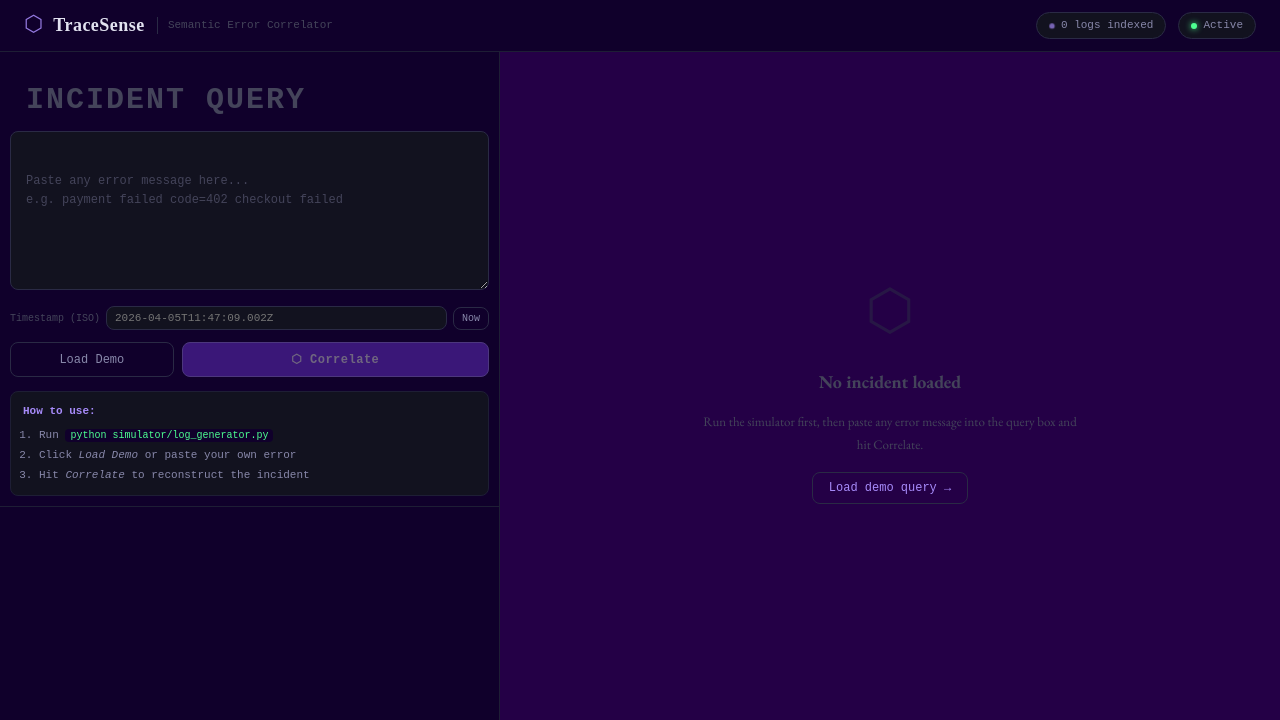
Repository: SaranyaM15/AI_Engineer_Journey
Page: / (app in tracesense/frontend/)
An editor plug-in stored every save of this project. The page is shown before and after the next save, followed by the edit.
The browser window is 1280 px wide. The pictures show the whole page.
The page's requests for data from a server got no answer. Some web fonts or font styles are not loaded; a fallback is used. The project was rebuilt for these pictures with package versions that can differ from the ones it lists, and the page was loaded fresh each time. No one was signed in, and anything a server would have sent is missing. Also part of the build but not shown: tracesense/frontend/vite.config.js, tracesense/frontend/src/components/Timeline.jsx, tracesense/frontend/src/components/LogFeed.jsx.

Above is the page before, as saved 2026-04-05 19:02:34.

### tracesense/frontend/src/index.css
*, *::before, *::after {
  box-sizing: border-box;
  margin: 0;
  padding: 0;
}

html, body, #root {
  height: 100%;
  overflow: hidden;
}

### tracesense/frontend/src/App.jsx
import { useState, useEffect } from "react";
import axios from "axios";
import Timeline from "./components/Timeline";
import QueryPanel from "./components/QueryPanel";
import LogFeed from "./components/LogFeed";
import "./App.css";

const API = "http://localhost:8000";

export default function App() {
  const [query, setQuery] = useState("");
  const [timestamp, setTimestamp] = useState("");
  const [cluster, setCluster] = useState(null);
  const [loading, setLoading] = useState(false);
  const [logCount, setLogCount] = useState(0);
  const [error, setError] = useState(null);
  const [simulatorRunning, setSimulatorRunning] = useState(false);

  useEffect(() => {
    fetchLogCount();
    const interval = setInterval(fetchLogCount, 5000);
    return () => clearInterval(interval);
  }, []);

  async function fetchLogCount() {
    try {
      const res = await axios.get(`${API}/logs/count`);
      setLogCount(res.data.total_logs_stored);
    } catch {
      // backend not reachable yet
    }
  }

  async function runCorrelation() {
    if (!query.trim()) return;
    setLoading(true);
    setError(null);
    setCluster(null);

    const ts = timestamp || new Date().toISOString();

    try {
      const res = await axios.post(`${API}/correlate`, {
        message: query,
        timestamp: ts,
      });
      setCluster(res.data);
    } catch (e) {
      setError("Could not reach backend. Make sure uvicorn is running on :8000");
    } finally {
      setLoading(false);
    }
  }

  function handleDemo() {
    setQuery("payment failed code=402 checkout failed");
    setTimestamp("2026-04-05T11:47:09.002Z");
  }

  return (
    <div className="app">
      {/* Top Bar */}
      <header className="topbar">
        <div className="topbar-left">
          <span className="logo-icon">⬡</span>
          <span className="logo-text">TraceSense</span>
          <span className="logo-sub">Semantic Error Correlator</span>
        </div>
        <div className="topbar-right">
          <div className="stat-pill">
            <span className="stat-dot pulse" />
            <span>{logCount.toLocaleString()} logs indexed</span>
          </div>
          <div className="status-pill">
            <span className="status-dot" />
            <span>Active</span>
          </div>
        </div>
      </header>

      <div className="layout">
        {/* Left Panel */}
        <aside className="left-panel">
          <QueryPanel
            query={query}
            setQuery={setQuery}
            timestamp={timestamp}
            setTimestamp={setTimestamp}
            onCorrelate={runCorrelation}
            onDemo={handleDemo}
            loading={loading}
          />
          {cluster && (
            <LogFeed cluster={cluster} />
          )}
        </aside>

        {/* Main Timeline */}
        <main className="main-panel">
          {!cluster && !loading && (
            <div className="empty-state">
              <div className="empty-icon">⬡</div>
              <h2>No incident loaded</h2>
              <p>
                Run the simulator first, then paste any error message into
                the query box and hit Correlate.
              </p>
              <button className="demo-hint" onClick={handleDemo}>
                Load demo query →
              </button>
            </div>
          )}
          {loading && (
            <div className="empty-state">
              <div className="spinner" />
              <p>Correlating across services...</p>
            </div>
          )}
          {error && (
            <div className="empty-state error-state">
              <p>{error}</p>
            </div>
          )}
          {cluster && !loading && (
            <Timeline cluster={cluster} />
          )}
        </main>
      </div>
    </div>
  );
}

### tracesense/frontend/src/components/QueryPanel.jsx
export default function QueryPanel({
  query, setQuery, timestamp, setTimestamp,
  onCorrelate, onDemo, loading
}) {
  return (
    <div className="query-panel">
      <div className="panel-label">INCIDENT QUERY</div>

      <textarea
        className="query-input"
        placeholder="Paste any error message here...&#10;e.g. payment failed code=402 checkout failed"
        value={query}
        onChange={e => setQuery(e.target.value)}
        rows={4}
      />

      <div className="ts-row">
        <label className="ts-label">Timestamp (ISO)</label>
        <input
          className="ts-input"
          placeholder="2026-04-05T11:47:09.002Z"
          value={timestamp}
          onChange={e => setTimestamp(e.target.value)}
        />
        <button
          className="now-btn"
          onClick={() => setTimestamp(new Date().toISOString())}
        >
          Now
        </button>
      </div>

      <div className="btn-row">
        <button className="demo-btn" onClick={onDemo}>
          Load Demo
        </button>
        <button
          className="correlate-btn"
          onClick={onCorrelate}
          disabled={loading || !query.trim()}
        >
          {loading ? "Correlating..." : "⬡ Correlate"}
        </button>
      </div>

      <div className="hint-box">
        <strong>How to use:</strong>
        <ol>
          <li>Run <code>python simulator/log_generator.py</code></li>
          <li>Click <em>Load Demo</em> or paste your own error</li>
          <li>Hit <em>Correlate</em> to reconstruct the incident</li>
        </ol>
      </div>
    </div>
  );
}

### tracesense/frontend/src/App.css
@import url('https://fonts.googleapis.com/css2?family=Boldonse&family=JetBrains+Mono:wght@400;500;700&display=swap');
@import url('https://fonts.googleapis.com/css2?family=Boldonse&family=EB+Garamond:wght@400;500;700&family=JetBrains+Mono:wght@400;500;700&display=swap');
/* ── Variables ── */
:root {
  --bg:         #240046;
  --bg2:        #10002B;
  --bg3:        #12121f;
  --border:     #1e1e35;
  --border2:    #2a2a45;
  --accent:     #a78bfa;
  --accent2:    #7c3aed;
  --text:       #e2e2f0;
  --text2:      #8888aa;
  --text3:      #44445a;
  --mono:       '', monospace;
  --display: 'Boldonse', cursive;
  --error:      #ff4d4d;
  --warn:       #f5a623;
  --info:       #4dff91;
  --radius:     8px;
}

/* ── Reset ── */
*, *::before, *::after { box-sizing: border-box; margin: 0; padding: 0; }

body {
  background:  var(--bg);
  color:       var(--text);
  font-family: var(--mono);
  font-size:   13px;
  line-height: 1.5;
  overflow:    hidden;
  height:      100vh;
}

#root { height: 100vh; display: flex; flex-direction: column; }

/* ── App Layout ── */
.app {
  display:        flex;
  flex-direction: column;
  height:         100vh;
  overflow:       hidden;
}

/* ── Topbar ── */
.topbar {
  display:         flex;
  align-items:     center;
  justify-content: space-between;
  padding:         0 24px;
  height:          52px;
  background:      var(--bg2);
  border-bottom:   1px solid var(--border);
  flex-shrink:     0;
}

.topbar-left {
  display:     flex;
  align-items: center;
  gap:         10px;
}

.logo-icon {
  color:       var(--accent);
  font-size:   22px;
  line-height: 1;
  animation:   pulse-icon 3s ease-in-out infinite;
}

@keyframes pulse-icon {
  0%, 100% { opacity: 1; }
  50%       { opacity: 0.5; }
}

.logo-text {
  font-family: var(--display);
  font-weight: 800;
  font-size:   18px;
  letter-spacing: 0.5px;
  color:       var(--text);
}

.logo-sub {
  color:       var(--text3);
  font-size:   11px;
  border-left: 1px solid var(--border2);
  padding-left: 10px;
  margin-left:  2px;
}

.topbar-right {
  display:     flex;
  align-items: center;
  gap:         12px;
}

.stat-pill, .status-pill {
  display:       flex;
  align-items:   center;
  gap:           6px;
  padding:       4px 12px;
  border-radius: 20px;
  border:        1px solid var(--border2);
  background:    var(--bg3);
  font-size:     11px;
  color:         var(--text2);
}

.stat-dot {
  width:         6px;
  height:        6px;
  border-radius: 50%;
  background:    var(--accent);
}

.stat-dot.pulse {
  animation: dot-pulse 2s ease-in-out infinite;
}

@keyframes dot-pulse {
  0%, 100% { opacity: 1; transform: scale(1); }
  50%       { opacity: 0.4; transform: scale(0.8); }
}

.status-dot {
  width:         6px;
  height:        6px;
  border-radius: 50%;
  background:    var(--info);
  box-shadow:    0 0 6px var(--info);
}

/* ── Main Layout ── */
.layout {
  display:  flex;
  flex:     1;
  overflow: hidden;
}

/* ── Left Panel ── */
.left-panel {
  width:        500px;
  flex-shrink:  0;
  background:   var(--bg2);
  border-right: 1px solid var(--border);
  display:      flex;
  flex-direction: column;
  overflow:     hidden;
}

.panel-label {
  font-size:      30px;
  letter-spacing: 2px;
  color:          var(--text3);
  font-weight:    700;
  padding:        16px 16px 8px;
  display:        flex;
  align-items:    center;
  gap:            8px;
}

.count-badge {
  background:    var(--accent2);
  color:         white;
  border-radius: 10px;
  padding:       1px 7px;
  font-size:     10px;
}

/* ── Query Panel ── */
.query-panel {
  padding:     10px;
  border-bottom: 1px solid var(--border);
  flex-shrink: 0;
}

.query-input {
  width:        100%;
  background:   var(--bg3);
  border:       1px solid var(--border2);
  border-radius: var(--radius);
  color:        var(--text);
  font-family:  var(--mono);
  font-size:    12px;
  padding:      40px 15px;
  resize:       vertical;
  outline:      none;
  transition:   border-color 0.2s;
  line-height:  1.6;
}

.query-input:focus {
  border-color: var(--accent);
}

.query-input::placeholder { color: var(--text3); }

.ts-row {
  display:     flex;
  align-items: center;
  gap:         6px;
  margin-top:  10px;
}

.ts-label {
  font-size:   10px;
  color:       var(--text3);
  white-space: nowrap;
}

.ts-input {
  flex:         1;
  background:   var(--bg3);
  border:       1px solid var(--border2);
  border-radius: var(--radius);
  color:        var(--text2);
  font-family:  var(--mono);
  font-size:    11px;
  padding:      5px 8px;
  outline:      none;
  min-width:    0;
}

.ts-input:focus { border-color: var(--accent); }

.now-btn {
  background:    transparent;
  border:        1px solid var(--border2);
  border-radius: var(--radius);
  color:         var(--text2);
  font-family:   var(--mono);
  font-size:     10px;
  padding:       5px 8px;
  cursor:        pointer;
  white-space:   nowrap;
  transition:    all 0.15s;
}

.now-btn:hover {
  border-color: var(--accent);
  color:        var(--accent);
}

.btn-row {
  display:    flex;
  gap:        8px;
  margin-top: 12px;
}

.demo-btn {
  flex:          1;
  background:    transparent;
  border:        1px solid var(--border2);
  border-radius: var(--radius);
  color:         var(--text2);
  font-family:   var(--mono);
  font-size:     12px;
  padding:       9px;
  cursor:        pointer;
  transition:    all 0.15s;
}

.demo-btn:hover {
  border-color: var(--accent);
  color:        var(--accent);
}

.correlate-btn {
  flex:          2;
  background:    var(--accent2);
  border:        1px solid var(--accent);
  border-radius: var(--radius);
  color:         white;
  font-family:   var(--mono);
  font-size:     12px;
  font-weight:   700;
  padding:       9px;
  cursor:        pointer;
  transition:    all 0.15s;
  letter-spacing: 0.5px;
}

.correlate-btn:hover:not(:disabled) {
  background: var(--accent);
  box-shadow: 0 0 20px var(--accent2);
}

.correlate-btn:disabled {
  opacity: 0.4;
  cursor: not-allowed;
}

.hint-box {
  margin-top:    14px;
  background:    var(--bg3);
  border:        1px solid var(--border);
  border-radius: var(--radius);
  padding:       10px 12px;
  font-size:     11px;
  color:         var(--text2);
  line-height:   1.8;
}

.hint-box strong { color: var(--accent); }
.hint-box ol { padding-left: 16px; margin-top: 4px; }
.hint-box code {
  background:    var(--bg2);
  padding:       1px 5px;
  border-radius: 4px;
  color:         var(--info);
  font-size:     10px;
}

/* ── Log Feed ── */
.log-feed {
  flex:      1;
  overflow:  hidden;
  display:   flex;
  flex-direction: column;
}

.log-list {
  flex:       1;
  overflow-y: auto;
  padding:    8px;
  display:    flex;
  flex-direction: column;
  gap:        6px;
}

.log-list::-webkit-scrollbar { width: 4px; }
.log-list::-webkit-scrollbar-track { background: transparent; }
.log-list::-webkit-scrollbar-thumb { background: var(--border2); border-radius: 2px; }

.log-card {
  background:    var(--bg3);
  border:        1px solid var(--border);
  border-radius: var(--radius);
  padding:       10px;
  transition:    border-color 0.15s;
  animation:     slide-in 0.3s ease both;
}

@keyframes slide-in {
  from { opacity: 0; transform: translateX(-10px); }
  to   { opacity: 1; transform: translateX(0); }
}

.log-card:hover { border-color: var(--border2); }

.log-card-top {
  display:     flex;
  align-items: center;
  gap:         6px;
  margin-bottom: 5px;
}

.log-icon   { font-size: 14px; }
.log-level  { font-size: 10px; font-weight: 700; letter-spacing: 1px; }
.log-service { flex: 1; font-size: 11px; color: var(--text2); }
.log-score  { font-size: 11px; color: var(--accent); font-weight: 700; }

.log-message {
  font-size:   11px;
  color:       var(--text);
  line-height: 1.5;
  word-break:  break-word;
  margin-bottom: 6px;
}

.log-meta {
  display:         flex;
  justify-content: space-between;
  align-items:     center;
  font-size:       10px;
  color:           var(--text3);
}

.score-bars {
  display: flex;
  gap:     8px;
}

.score-bars span { color: var(--text3); }

.conf-bar-bg {
  height:        2px;
  background:    var(--border);
  border-radius: 1px;
  margin-top:    6px;
  overflow:      hidden;
}

.conf-bar-fill {
  height:     100%;
  background: linear-gradient(90deg, var(--accent2), var(--accent));
  border-radius: 1px;
  transition: width 0.5s ease;
}

/* ── Main Panel ── */
.main-panel {
  flex:        1;
  overflow-y:  auto;
  font-family: 'EB Garamond', serif;
  color:       #ffffff;
  padding:     24px;
}
.main-panel::-webkit-scrollbar { width: 5px; }
.main-panel::-webkit-scrollbar-track { background: transparent; }
.main-panel::-webkit-scrollbar-thumb { background: var(--border2); border-radius: 3px; }

/* ── Empty State ── */
.empty-state {
  display:         flex;
  flex-direction:  column;
  align-items:     center;
  justify-content: center;
  height:          100%;
  gap:             16px;
  text-align:      center;
  color:           var(--text2);
  animation:       fade-in 0.4s ease;
}

@keyframes fade-in {
  from { opacity: 0; }
  to   { opacity: 1; }
}

.empty-icon {
  font-size:  56px;
  color:      var(--border2);
  animation:  pulse-icon 4s ease-in-out infinite;
}

.empty-state h2 {
 font-family: 'EB Garamond', serif;
  font-weight: 600;
  color:       var(--text3);
  font-size:   18px;
}

.empty-state p {
  max-width:  380px;
  color:      var(--text3);
  font-size:  13px;
  line-height: 1.7;
}

.demo-hint {
  background:    transparent;
  border:        1px solid var(--border2);
  border-radius: var(--radius);
  color:         var(--accent);
  font-family:   var(--mono);
  font-size:     12px;
  padding:       8px 16px;
  cursor:        pointer;
  transition:    all 0.15s;
}

.demo-hint:hover {
  border-color: var(--accent);
  box-shadow:   0 0 14px var(--accent2);
}

.error-state { color: var(--error); }

/* ── Spinner ── */
.spinner {
  width:         36px;
  height:        36px;
  border:        3px solid var(--border2);
  border-top:    3px solid var(--accent);
  border-radius: 50%;
  animation:     spin 0.8s linear infinite;
}

@keyframes spin {
  to { transform: rotate(360deg); }
}

/* ── Timeline ── */
.timeline-wrap {
  display:        flex;
  flex-direction: column;
  gap:            20px;
  animation:      fade-in 0.4s ease;
}

.timeline-header {
  border-bottom: 1px solid var(--border);
  padding-bottom: 16px;
}

.tl-title {
  font-family: var(--display);
  font-weight: 700;
  font-size:   20px;
  color:       var(--text);
  display:     flex;
  align-items: center;
  gap:         12px;
  margin-bottom: 6px;
}

.tl-badge {
  font-family:   var(--mono);
  font-size:     11px;
  font-weight:   400;
  background:    var(--accent2);
  color:         white;
  padding:       2px 10px;
  border-radius: 10px;
}

.tl-query {
  font-size:  12px;
  color:      var(--text3);
}

.tl-query em {
  color:      var(--accent);
  font-style: normal;
}

/* ── Swim Lanes ── */
.swim-container {
  display:        flex;
  flex-direction: column;
  gap:            0;
}

.swim-lane {
  display:     flex;
  align-items: stretch;
  min-height:  80px;
  border-bottom: 1px solid var(--border);
}

.swim-lane:last-child { border-bottom: none; }

.lane-label {
  width:          160px;
  flex-shrink:    0;
  display:        flex;
  align-items:    center;
  gap:            8px;
  padding:        16px 12px;
  border-left:    3px solid transparent;
  font-size:      11px;
  color:          var(--text2);
  background:     var(--bg2);
}

.lane-dot {
  width:         8px;
  height:        8px;
  border-radius: 50%;
  flex-shrink:   0;
}

.lane-track {
  flex:       1;
  position:   relative;
  padding:    16px 20px;
  display:    flex;
  flex-direction: column;
  gap:        10px;
}

.lane-line {
  position:     absolute;
  left:         0;
  right:        0;
  top:          50%;
  height:       1px;
  border-top:   1px dashed;
  pointer-events: none;
  z-index:      0;
}

.lane-event {
  display:     flex;
  align-items: flex-start;
  gap:         12px;
  position:    relative;
  z-index:     1;
}

.event-dot {
  width:         14px;
  height:        14px;
  border-radius: 50%;
  border:        2px solid;
  flex-shrink:   0;
  margin-top:    3px;
  cursor:        pointer;
  transition:    transform 0.15s;
}

.event-dot:hover { transform: scale(1.4); }

.event-card {
  background:    var(--bg3);
  border:        1px solid var(--border);
  border-left:   3px solid;
  border-radius: var(--radius);
  padding:       8px 12px;
  flex:          1;
  animation:     slide-in 0.3s ease both;
}

.event-card-top {
  display:     flex;
  align-items: center;
  gap:         8px;
  margin-bottom: 4px;
}

.event-level {
  font-size:      10px;
  font-weight:    700;
  letter-spacing: 1px;
}

.event-time  { font-size: 10px; color: var(--text3); }
.event-score { font-size: 10px; color: var(--accent); margin-left: auto; }

.event-message {
  font-size:  11px;
  color:      var(--text);
  word-break: break-word;
  line-height: 1.5;
}

/* ── Root Cause Banner ── */
.root-cause-banner {
  display:       flex;
  align-items:   center;
  gap:           12px;
  background:    linear-gradient(135deg, #1a0a2e, #0d0d1a);
  border:        1px solid var(--accent2);
  border-radius: var(--radius);
  padding:       12px 18px;
  font-size:     12px;
  box-shadow:    0 0 24px #7c3aed22;
}

.rc-label {
  color:          var(--accent);
  font-weight:    700;
  letter-spacing: 1px;
  font-size:      10px;
  white-space:    nowrap;
}

.rc-service {
  background:    var(--accent2);
  color:         white;
  padding:       2px 10px;
  border-radius: 10px;
  font-size:     11px;
  white-space:   nowrap;
}

.rc-message {
  flex:      1;
  color:     var(--text2);
  font-size: 11px;
  overflow:  hidden;
  text-overflow: ellipsis;
  white-space:   nowrap;
}

.rc-time {
  color:      var(--text3);
  font-size:  11px;
  white-space: nowrap;
}

/* ── Canvas ── */
.connector-canvas {
  z-index: 2;
}

Loaded but not shown: tracesense/frontend/src/main.jsx (common file)

After the next save:
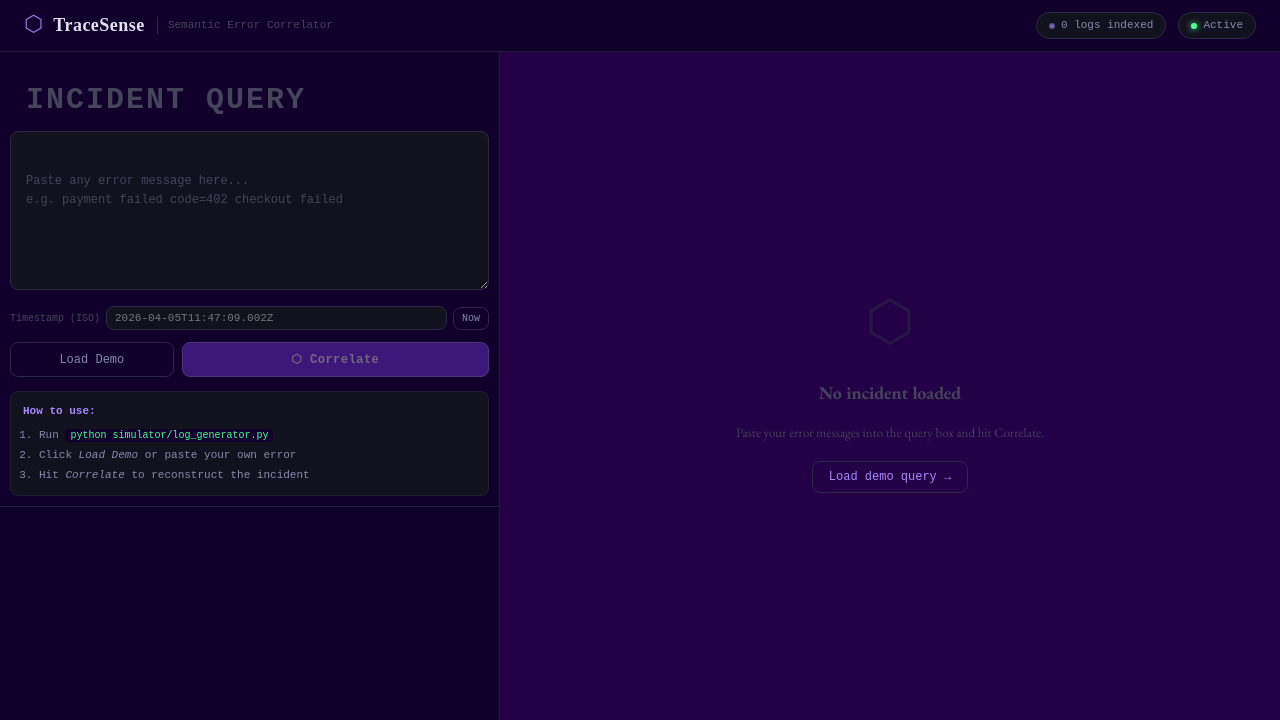
Saved 46 s later.
--- a/tracesense/frontend/src/App.jsx
+++ b/tracesense/frontend/src/App.jsx
@@ -102,8 +102,8 @@ export default function App() {
               <div className="empty-icon">⬡</div>
               <h2>No incident loaded</h2>
               <p>
-                Run the simulator first, then paste any error message into
-                the query box and hit Correlate.
+                Paste your error messages into the query box and hit Correlate.
+
               </p>
               <button className="demo-hint" onClick={handleDemo}>
                 Load demo query →
